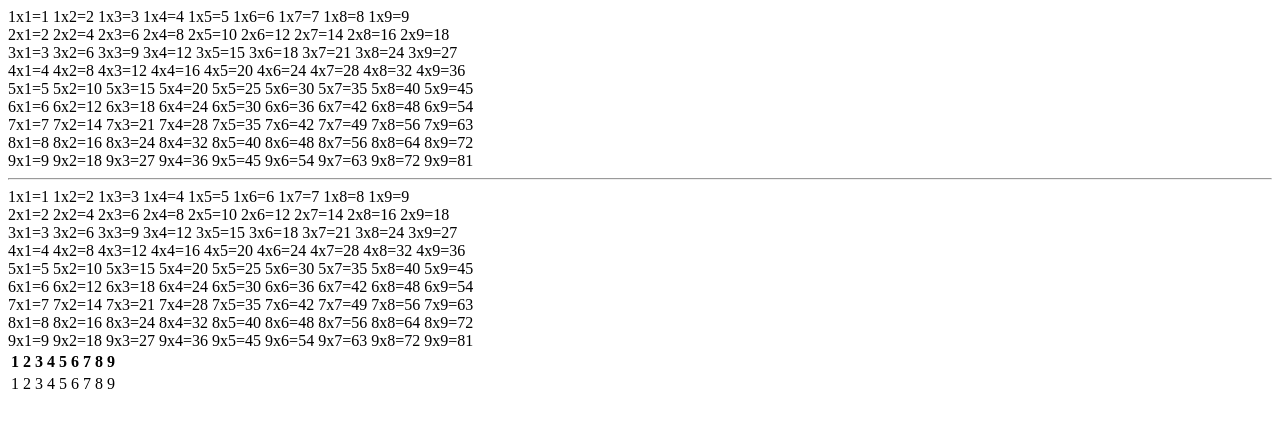
Repository: SongSooJin/JSP
Page: http://localhost/5-jsp-basic/example5/gugudan.jsp
These files come from the project's save history. The page is drawn as it stood at one moment and after the next save; the edit follows.
The browser window is 1280 px wide. The pictures show the whole page.
The page is served by Tomcat 9. Other server files are loaded and not shown.

Above is the page before, as saved 2018-10-08 05:25:57.

### 5-jsp-basic/WebContent/example5/gugudan.jsp
<%@ page language="java" contentType="text/html; charset=UTF-8"
	pageEncoding="UTF-8"%>
<!DOCTYPE html>
<html>
<head>
<meta charset="UTF-8">
<title>Insert title here</title>
</head>
<body>

	<%
		for (int i = 1; i <= 9; i++) {
			for (int j = 1; j <= 9; j++) {
				out.print(i + "x" + j + "=" + (i * j) + " ");
			}
			out.print("<br>");
		}
	%>
	<hr>

	<table>
		<thead>
			<tr>
				<th>1</th>
				<th>2</th>
				<th>3</th>
				<th>4</th>
				<th>5</th>
				<th>6</th>
				<th>7</th>
				<th>8</th>
				<th>9</th>
			</tr>
		</thead>

		<tbody>
		<%
			for (int i = 1; i <= 9; i++) { // 행
				for (int j = 1; j <= 9; j++) { // 열
 					out.print(i + "x" + j + "=" + (i * j) + " ");
				}
				out.print("<br>");
			}
		%>
			<tr>
				<td>1</td>
				<td>2</td>
				<td>3</td>
				<td>4</td>
				<td>5</td>
				<td>6</td>
				<td>7</td>
				<td>8</td>
				<td>9</td>
			</tr>
		</tbody>
	</table>

</body>
</html>

After the next save:
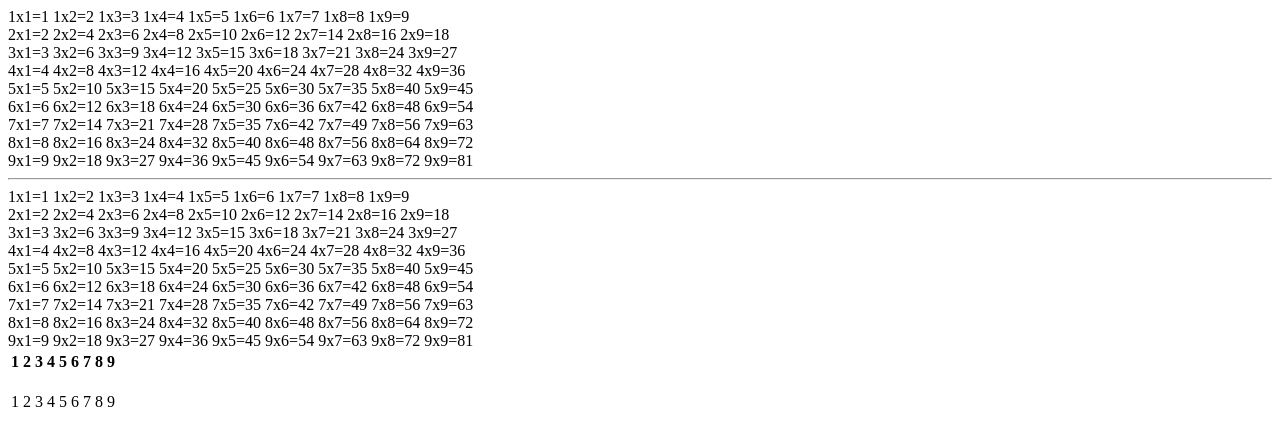
Saved 16 s later.
--- a/5-jsp-basic/WebContent/example5/gugudan.jsp
+++ b/5-jsp-basic/WebContent/example5/gugudan.jsp
@@ -36,6 +36,7 @@
 		<tbody>
 		<%
 			for (int i = 1; i <= 9; i++) { // 행
+				out.print("<tr>");
 				for (int j = 1; j <= 9; j++) { // 열
  					out.print(i + "x" + j + "=" + (i * j) + " ");
 				}
